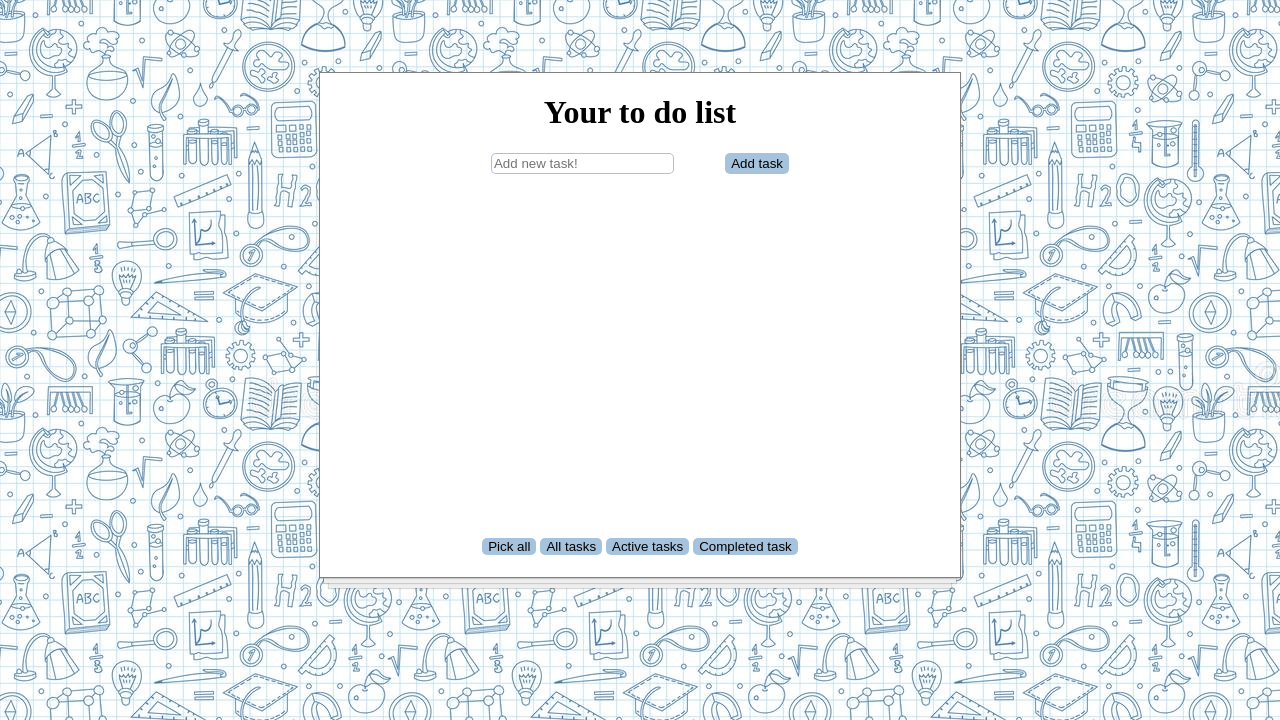
Repository: FetterDev/to-do-v2
Page: index.html
The author's editor kept a copy of each file at every save. The page is drawn from the files as they stood at one save, then again after the next save.
The browser window is 1280 px wide. The pictures show the whole page.

Above is the page before, as saved 2020-07-20 15:28:47.

### index.html
<!DOCTYPE html>
<html lang="en">
<head>
    <meta charset="UTF-8">
    <meta name="viewport" content="width=device-width, initial-scale=1.0">
    <title>to do list</title>
    <link rel="stylesheet" href="style.css">
</head>
<body>
    <div>
        <div class=" wrapper paper">
               <h1 class="title"> Your to do list</h1>
               <div class="add-task-panel">
                   <input type="text" class="text-holder" placeholder="Add new task!">
                   <input type="button" class="button" value="Add task">
               </div>
                <div class="bottom-button">
                    <input type="button" class="button" value="Pick all">
                    <input type="button" class="button" value="All tasks">
                    <input type="button" class="button" value="Active tasks">
                    <input type="button" class="button"value="Completed task">

                </div>
           </div>
        </div>
    </div>
</body>
</html>

### style.css
body{
    padding: 0;
    margin: 0;
    background-image: url(img/back.jpg)
}
h1{
    padding: 0;

}
.wrapper{
    position: relative;
    display: flex;
    flex-direction: column;
    align-items: center;
    margin: auto;
    margin-top: 10vh;
    max-width: 50vw;
    min-height: 70vh;
    border: 1px solid grey;

}
.paper {
    background: #fff;
    box-shadow:
      0 1px 1px rgba(0,0,0,0.15),

      0 10px 0 -5px #eee,

      0 10px 1px -4px rgba(0,0,0,0.15),

      0 20px 0 -10px #eee,

      0 20px 1px -9px rgba(0,0,0,0.15);


  }
  .add-task-panel{
      justify-content: left;
      display: flex;
      align-self: center;
      height: 3vh;

  }
  .pick-all{

  }
  .text-holder{
    border: 0.5px solid ;
    border-radius: 5px;
    border-color:rgba(107,156,200,0.6) ;
    margin-right: 4vw;

  }
  .button{
      border-radius: 5px;
      border: none;
      background-color: rgba(107,156,200,0.6);
  }
  .bottom-button{
      position: absolute;
      bottom: 3vh;
  }

After the next save:
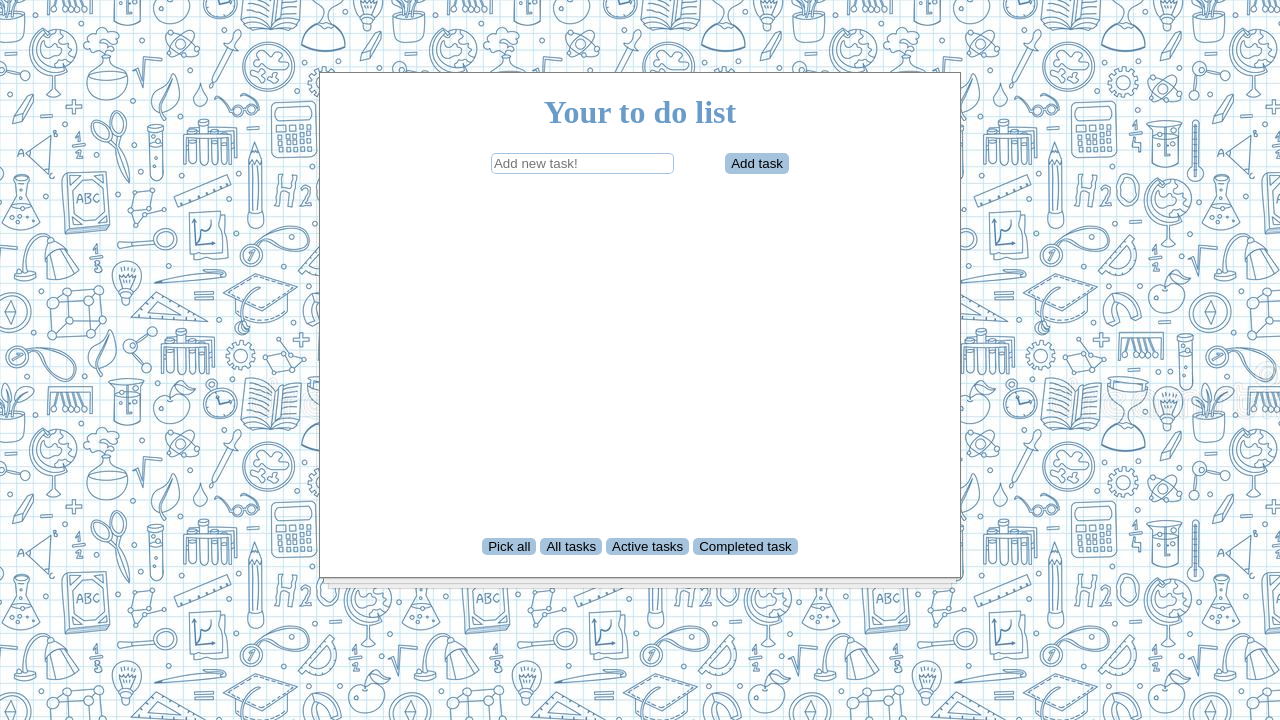
Saved 21 s later.
--- a/style.css
+++ b/style.css
@@ -34,6 +34,9 @@ h1{
 
 
   }
+  .title{
+      color: rgb(107,156,200);
+  }
   .add-task-panel{
       justify-content: left;
       display: flex;
